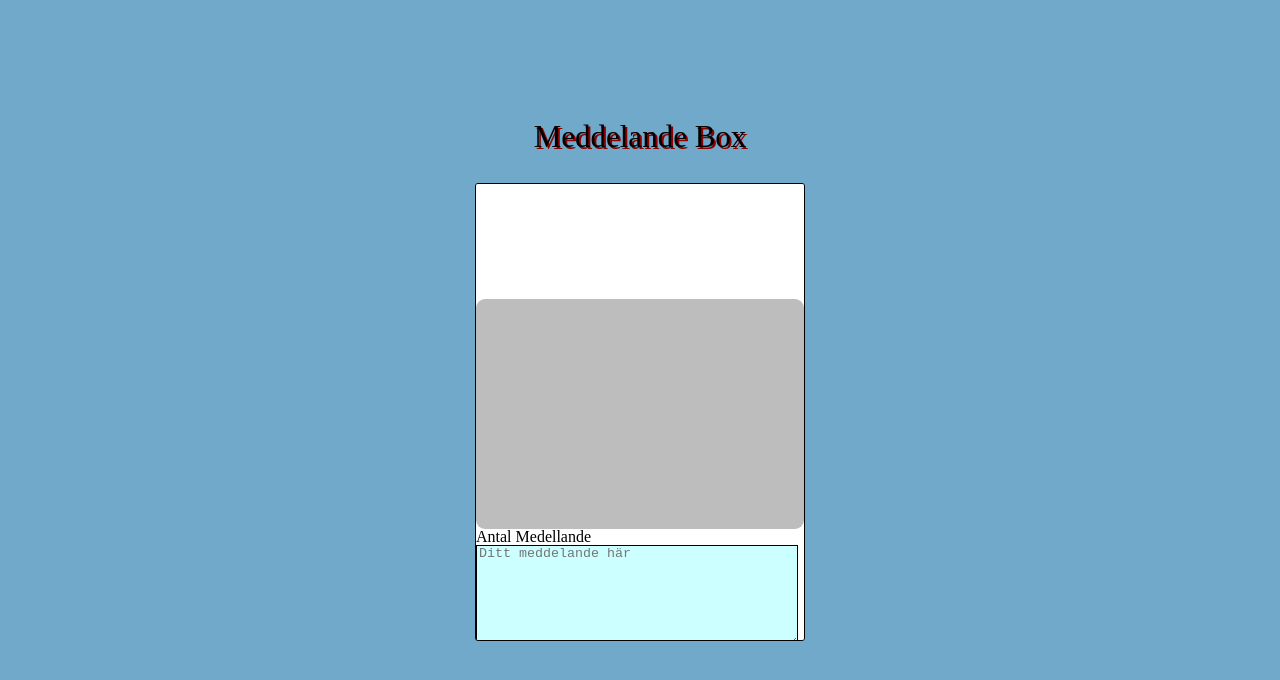
Repository: ls222vy/ls222vy-1dv403-laborationer
Page: 2-labbymezzage/index.html
The author's editor kept a record of every edit. The page is drawn from the files as they stood at one moment, then again after the next edit.
The browser window is 1280 px wide. The pictures show the whole page.

Above is the page before.
Console error: SyntaxError: Unexpected token ';'

After the next edit:
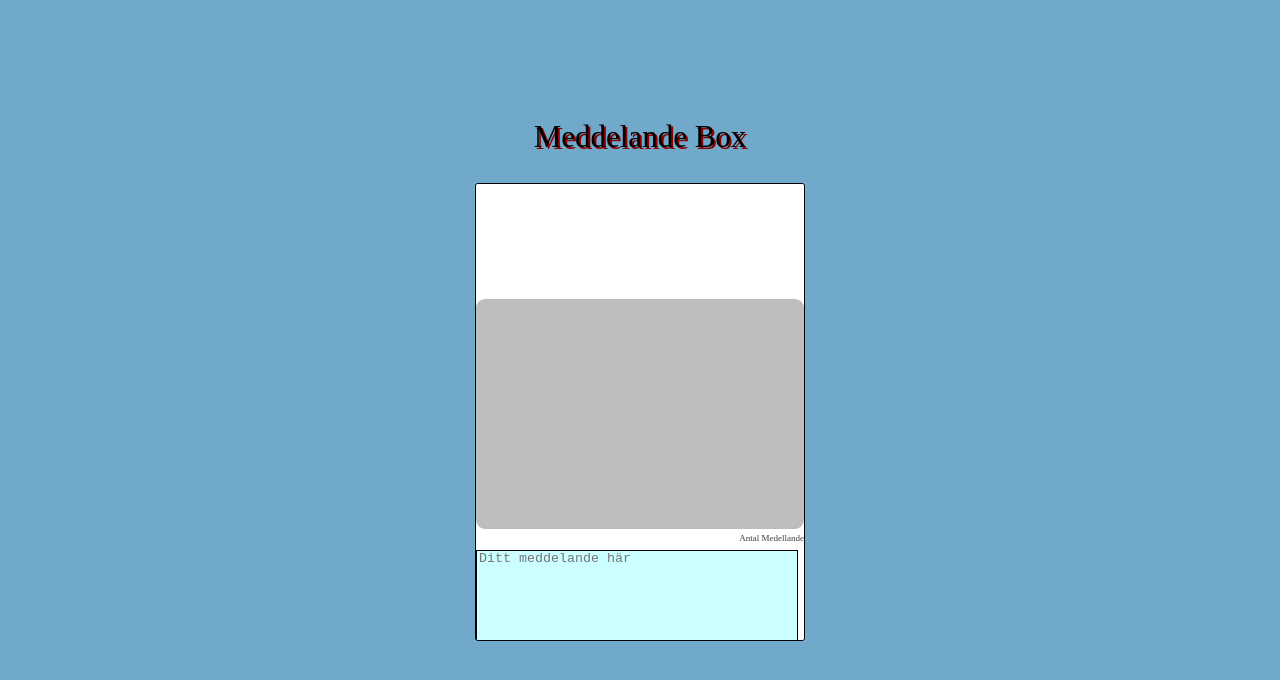
The edit:
--- a/2-labbymezzage/index.html
+++ b/2-labbymezzage/index.html
@@ -24,7 +24,7 @@
 
       <div id="myMessages"></div>
 
-            <div id="countingMessages">Antal Medellande</div>
+            <div id="count">Antal Medellande</div>
 
                   <div id="messageWindow">
 
